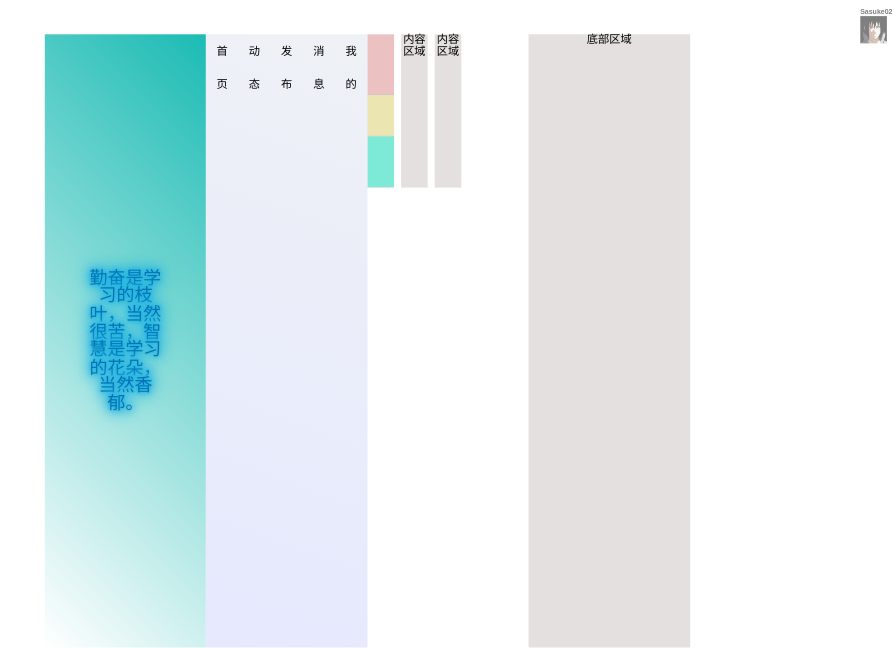
Repository: 8ecomeDreamer/personal_task
Page: labReport/project/src/html/index.html
An editor plug-in stored every save of this project. The page is shown before and after the next save, followed by the edit.
The browser window is 1280 px wide. The pictures show the part of the page from y = 0 to 1920 px (the page is 925 px tall before and 2737 px after), at 70% of full size.
The style sheet was rebuilt from its Sass, Less or Tailwind sources for each picture, by a compiler version that may differ from the author's.

Above is the page before, as saved 2022-11-26 22:46:48.

After the next save:
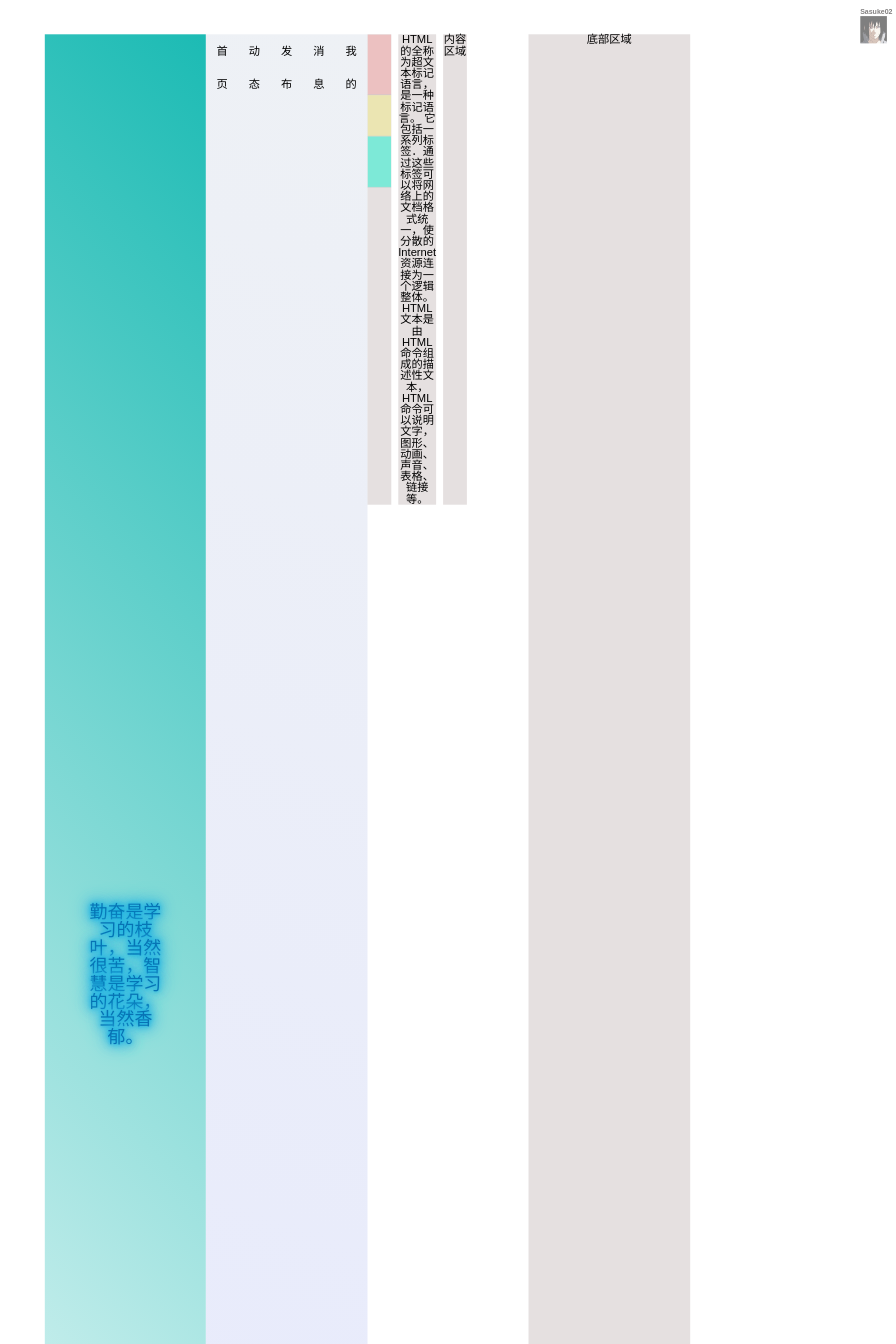
Saved 5 min 15 s later.
--- a/labReport/project/src/html/index.html
+++ b/labReport/project/src/html/index.html
@@ -97,7 +97,10 @@
                     </li>
                 </ul>
             </aside>
-            <main class="main gray">内容区域</main>
+            <main class="main gray">
+                <p class="html">HTML的全称为超文本标记语言，是一种标记语言。
+                    它包括一系列标签．通过这些标签可以将网络上的文档格式统一，使分散的Internet资源连接为一个逻辑整体。HTML文本是由HTML命令组成的描述性文本，HTML命令可以说明文字，图形、动画、声音、表格、链接等。</p>
+            </main>
             <aside class="aside right gray">内容区域</aside>
         </content>
         <footer class="footer gray">底部区域</footer>
